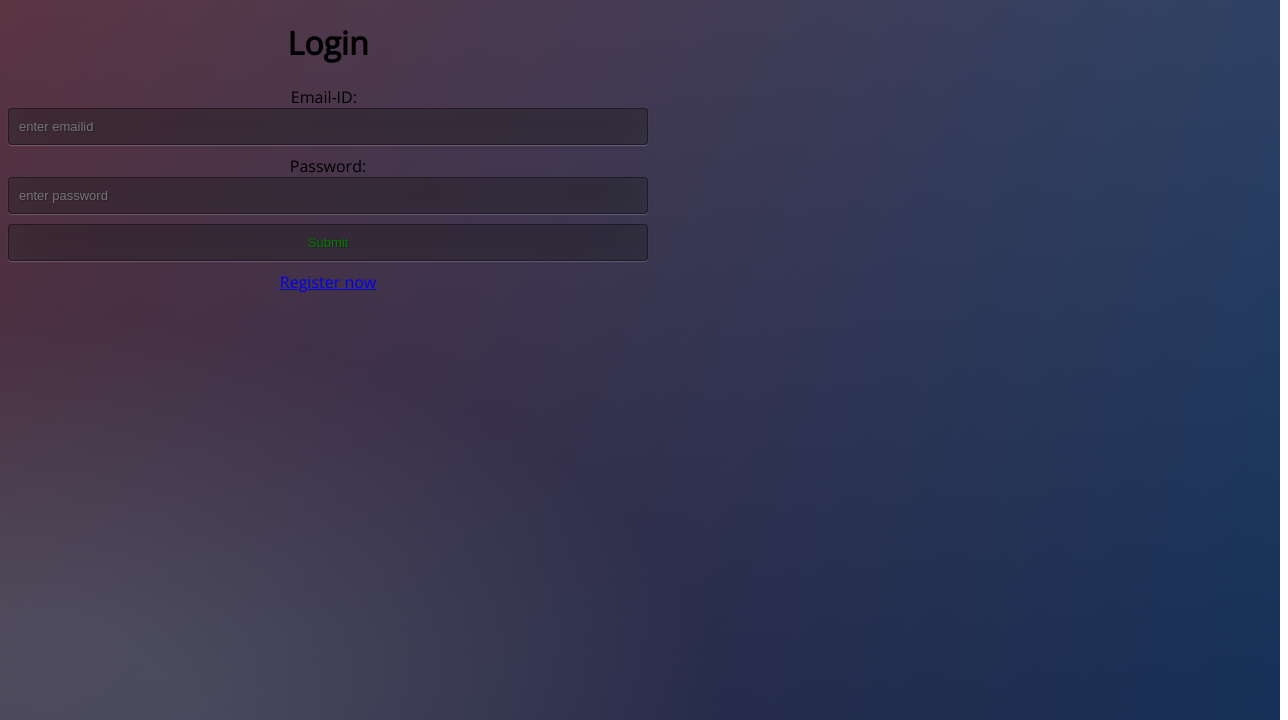
Repository: Tharungandhi/ServeltProject
Page: ServletJDBCApp/WebContent/login.html
The author's editor kept a copy of each file at every save. The page is drawn from the files as they stood at one save, then again after the next save.
The browser window is 1280 px wide. The page is 1280 px wide, then 1288 px, so the pictures cover 1288 px, including what lies to the right of the window. The pictures show the whole page.

Above is the page before, as saved 2019-01-29 11:18:17.

### ServletJDBCApp/WebContent/login.html
<!DOCTYPE html>
<html>
<head>
<style>
  @import url(https://fonts.googleapis.com/css?family=Open+Sans);
.btn { display: inline-block; *display: inline; *zoom: 1; padding: 4px 10px 4px; margin-bottom: 0; font-size: 13px; line-height: 18px; color: #333333; text-align: center;text-shadow: 0 1px 1px rgba(255, 255, 255, 0.75); vertical-align: middle; background-color: #f5f5f5; background-image: -moz-linear-gradient(top, #ffffff, #e6e6e6); background-image: -ms-linear-gradient(top, #ffffff, #e6e6e6); background-image: -webkit-gradient(linear, 0 0, 0 100%, from(#ffffff), to(#e6e6e6)); background-image: -webkit-linear-gradient(top, #ffffff, #e6e6e6); background-image: -o-linear-gradient(top, #ffffff, #e6e6e6); background-image: linear-gradient(top, #ffffff, #e6e6e6); background-repeat: repeat-x; filter: progid:dximagetransform.microsoft.gradient(startColorstr=#ffffff, endColorstr=#e6e6e6, GradientType=0); border-color: #e6e6e6 #e6e6e6 #e6e6e6; border-color: rgba(0, 0, 0, 0.1) rgba(0, 0, 0, 0.1) rgba(0, 0, 0, 0.25); border: 1px solid #e6e6e6; -webkit-border-radius: 4px; -moz-border-radius: 4px; border-radius: 4px; -webkit-box-shadow: inset 0 1px 0 rgba(255, 255, 255, 0.2), 0 1px 2px rgba(0, 0, 0, 0.05); -moz-box-shadow: inset 0 1px 0 rgba(255, 255, 255, 0.2), 0 1px 2px rgba(0, 0, 0, 0.05); box-shadow: inset 0 1px 0 rgba(255, 255, 255, 0.2), 0 1px 2px rgba(0, 0, 0, 0.05); cursor: pointer; *margin-left: .3em; }
.btn:hover, .btn:active, .btn.active, .btn.disabled, .btn[disabled] { background-color: #e6e6e6; }
.btn-large { padding: 9px 14px; font-size: 15px; line-height: normal; -webkit-border-radius: 5px; -moz-border-radius: 5px; border-radius: 5px; }
.btn:hover { color: #333333; text-decoration: none; background-color: #e6e6e6; background-position: 0 -15px; -webkit-transition: background-position 0.1s linear; -moz-transition: background-position 0.1s linear; -ms-transition: background-position 0.1s linear; -o-transition: background-position 0.1s linear; transition: background-position 0.1s linear; }
.btn-primary, .btn-primary:hover { text-shadow: 0 -1px 0 rgba(0, 0, 0, 0.25); color: #ffffff; }
.btn-primary.active { color: rgba(255, 255, 255, 0.75); }
.btn-primary { background-color: #4a77d4; background-image: -moz-linear-gradient(top, #6eb6de, #4a77d4); background-image: -ms-linear-gradient(top, #6eb6de, #4a77d4); background-image: -webkit-gradient(linear, 0 0, 0 100%, from(#6eb6de), to(#4a77d4)); background-image: -webkit-linear-gradient(top, #6eb6de, #4a77d4); background-image: -o-linear-gradient(top, #6eb6de, #4a77d4); background-image: linear-gradient(top, #6eb6de, #4a77d4); background-repeat: repeat-x; filter: progid:dximagetransform.microsoft.gradient(startColorstr=#6eb6de, endColorstr=#4a77d4, GradientType=0);  border: 1px solid #3762bc; text-shadow: 1px 1px 1px rgba(0,0,0,0.4); box-shadow: inset 0 1px 0 rgba(255, 255, 255, 0.2), 0 1px 2px rgba(0, 0, 0, 0.5); }
.btn-primary:hover, .btn-primary:active, .btn-primary.active, .btn-primary.disabled, .btn-primary[disabled] { filter: none; background-color: #4a77d4; }
.btn-block { width: 100%; display:block; }

* { -webkit-box-sizing:border-box; -moz-box-sizing:border-box; -ms-box-sizing:border-box; -o-box-sizing:border-box; box-sizing:border-box; }

html { width: 100%; height:100%; overflow:hidden; }

body {
    width: 50%;
    height:50%;
    font-family: 'Open Sans', sans-serif;
    background: #092756;
    background: -moz-radial-gradient(0% 100%, ellipse cover, rgba(104,128,138,.4) 10%,rgba(138,114,76,0) 40%),-moz-linear-gradient(top,  rgba(57,173,219,.25) 0%, rgba(42,60,87,.4) 100%), -moz-linear-gradient(-45deg,  #670d10 0%, #092756 100%);
    background: -webkit-radial-gradient(0% 100%, ellipse cover, rgba(104,128,138,.4) 10%,rgba(138,114,76,0) 40%), -webkit-linear-gradient(top,  rgba(57,173,219,.25) 0%,rgba(42,60,87,.4) 100%), -webkit-linear-gradient(-45deg,  #670d10 0%,#092756 100%);
    background: -o-radial-gradient(0% 100%, ellipse cover, rgba(104,128,138,.4) 10%,rgba(138,114,76,0) 40%), -o-linear-gradient(top,  rgba(57,173,219,.25) 0%,rgba(42,60,87,.4) 100%), -o-linear-gradient(-45deg,  #670d10 0%,#092756 100%);
    background: -ms-radial-gradient(0% 100%, ellipse cover, rgba(104,128,138,.4) 10%,rgba(138,114,76,0) 40%), -ms-linear-gradient(top,  rgba(57,173,219,.25) 0%,rgba(42,60,87,.4) 100%), -ms-linear-gradient(-45deg,  #670d10 0%,#092756 100%);
    background: -webkit-radial-gradient(0% 100%, ellipse cover, rgba(104,128,138,.4) 10%,rgba(138,114,76,0) 40%), linear-gradient(to bottom,  rgba(57,173,219,.25) 0%,rgba(42,60,87,.4) 100%), linear-gradient(135deg,  #670d10 0%,#092756 100%);
    filter: progid:DXImageTransform.Microsoft.gradient( startColorstr='#3E1D6D', endColorstr='#092756',GradientType=1 );
}
.login {
    position: absolute;
    top: 50%;
    left: 50%;
    margin: -150px 0 0 -150px;
    width:300px;
    height:300px;
}
.login h1 { color: #fff; text-shadow: 0 0 10px rgba(0,0,0,0.3); letter-spacing:1px; text-align:center; }

input {
    width: 100%;
    margin-bottom: 10px;
    background: rgba(0,0,0,0.3);
    border: none;
    outline: none;
    padding: 10px;
    font-size: 13px;
    color: #fff;
    text-shadow: 1px 1px 1px rgba(0,0,0,0.3);
    border: 1px solid rgba(0,0,0,0.3);
    border-radius: 4px;
    box-shadow: inset 0 -5px 45px rgba(100,100,100,0.2), 0 1px 1px rgba(255,255,255,0.2);
    -webkit-transition: box-shadow .5s ease;
    -moz-transition: box-shadow .5s ease;
    -o-transition: box-shadow .5s ease;
    -ms-transition: box-shadow .5s ease;
    transition: box-shadow .5s ease;
}
input:focus { box-shadow: inset 0 -5px 45px rgba(100,100,100,0.4), 0 1px 1px rgba(255,255,255,0.2); }

</style>

<meta charset="UTF-8">
<title>Login Page</title>
</head>
<body>
<form action="login" method="post">
 <div align="center">
<h1>Login </h1>
<div>
<label>Email-ID:</label>
&nbsp;<input type="email" name="emailid"  placeholder="enter emailid" value="" required/> </div>
<div>
<label>Password:</label>
<input type="password" name="password"  placeholder="enter password" value="" required/> </div>
<input style='color: green' type="submit" name="submit"/>
<div>
<a href=registration.html> Register now </a> </div>
</div>
</form>
</body>
</html>

After the next save:
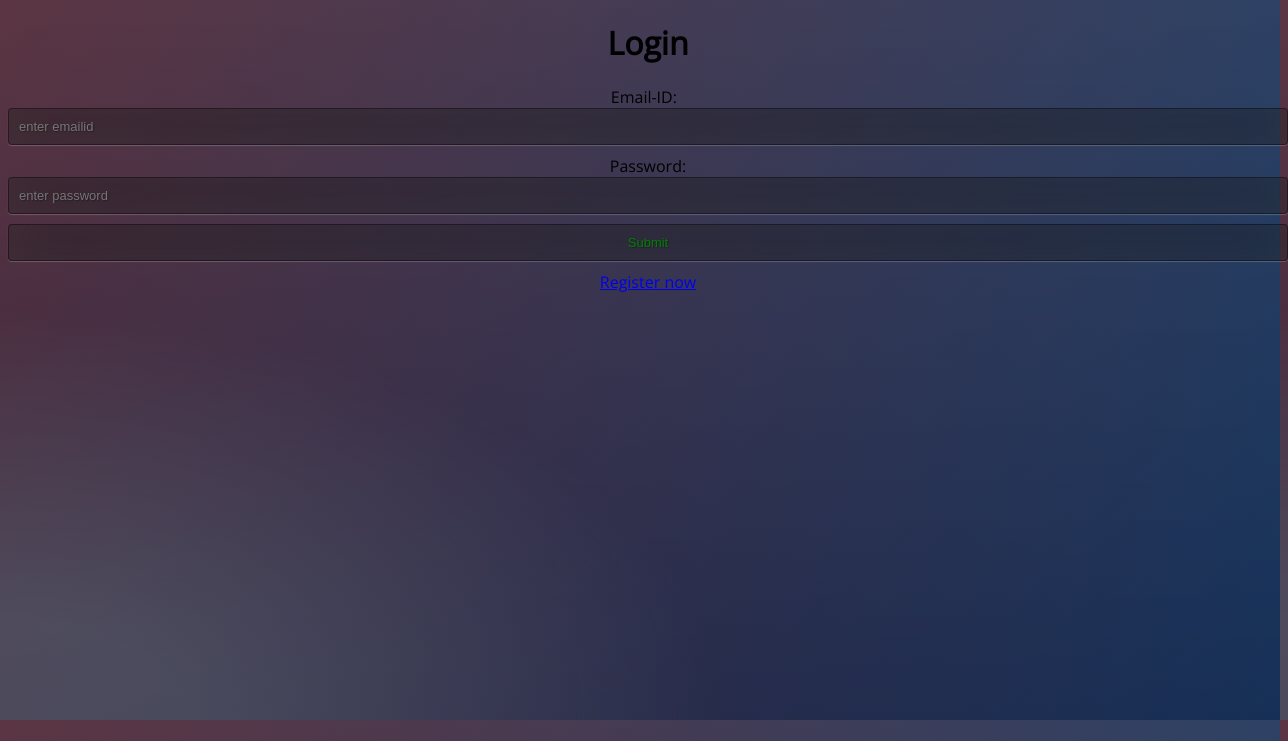
Saved 3 min 38 s later.
--- a/ServletJDBCApp/WebContent/login.html
+++ b/ServletJDBCApp/WebContent/login.html
@@ -18,8 +18,8 @@
 html { width: 100%; height:100%; overflow:hidden; }
 
 body {
-    width: 50%;
-    height:50%;
+    width: 100%;
+    height:100%;
     font-family: 'Open Sans', sans-serif;
     background: #092756;
     background: -moz-radial-gradient(0% 100%, ellipse cover, rgba(104,128,138,.4) 10%,rgba(138,114,76,0) 40%),-moz-linear-gradient(top,  rgba(57,173,219,.25) 0%, rgba(42,60,87,.4) 100%), -moz-linear-gradient(-45deg,  #670d10 0%, #092756 100%);
